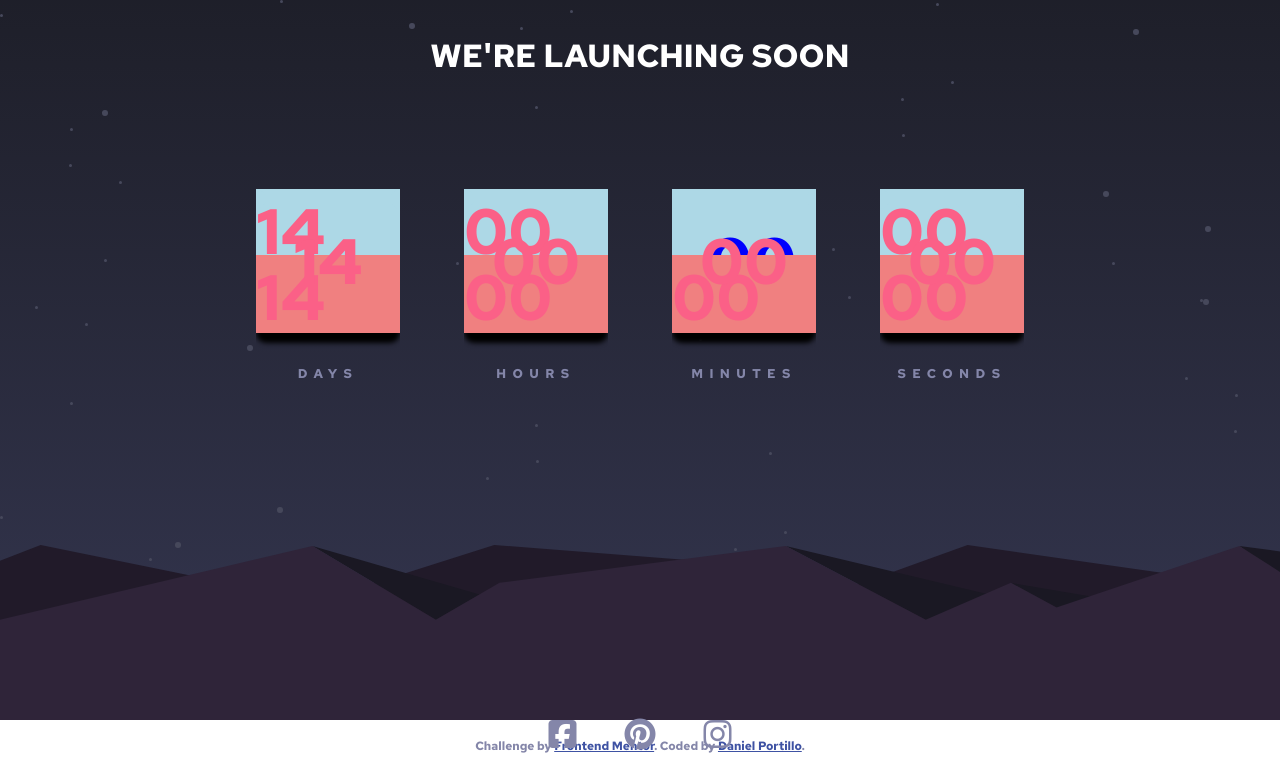
Repository: dportillo23/launch-countdown-timer-main
Page: index.html
These files come from the project's save history. The page is drawn as it stood at one moment and after the next save; the edit follows.
The browser window is 1280 px wide. The pictures show the whole page.
Some web libraries are served in a nearby version. The style sheet was rebuilt from its Sass, Less or Tailwind sources for each picture, by a compiler version that may differ from the author's.

Above is the page before, as saved 2021-07-02 11:35:04.

After the next save:
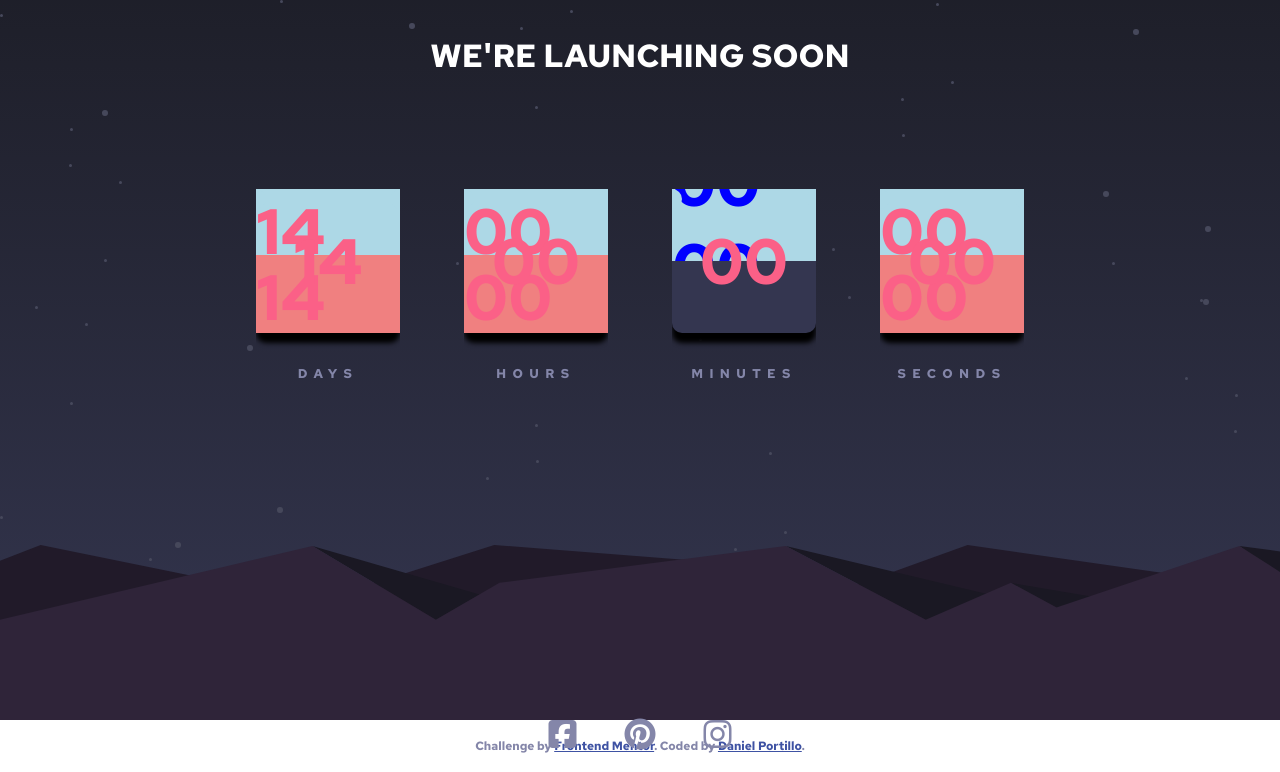
Saved 45 min 9 s later.
--- a/style.scss
+++ b/style.scss
@@ -95,7 +95,6 @@ body {
             color: blue;
             position: absolute;
             bottom: -3rem;
-            left: 25%;
             text-align: center;
 
         }
@@ -104,6 +103,14 @@ body {
     .bottom--card {
         background-color: lightcoral;
         overflow: hidden;
+
+        span {
+            color: blue;
+            position: absolute;
+            top: -3rem;
+            text-align: center;
+
+        }
     }
 
     &::before {
